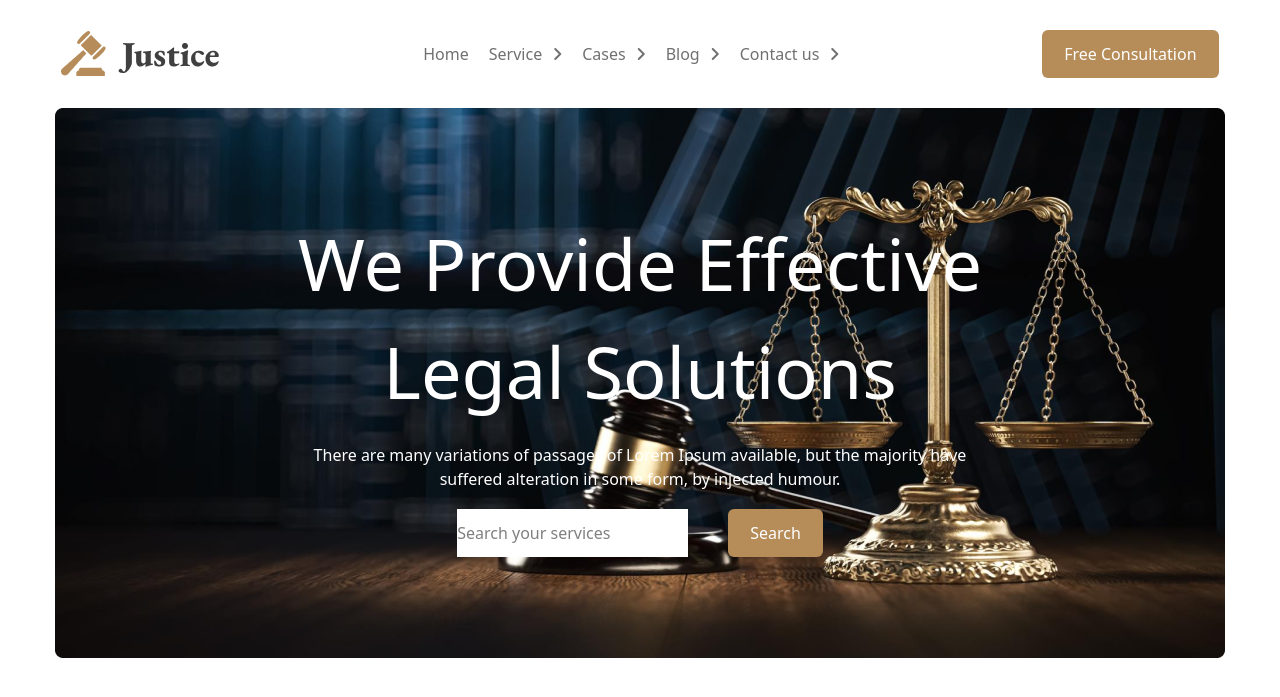
Repository: nahid-hasann/website-6
Page: index.html
The author's editor kept a copy of each file at every save. The page is drawn from the files as they stood at one save, then again after a run of saves.
The browser window is 1280 px wide. The pictures show the whole page.

Above is the page before, as saved 2025-07-20 22:50:29.

After the next 7 saves:
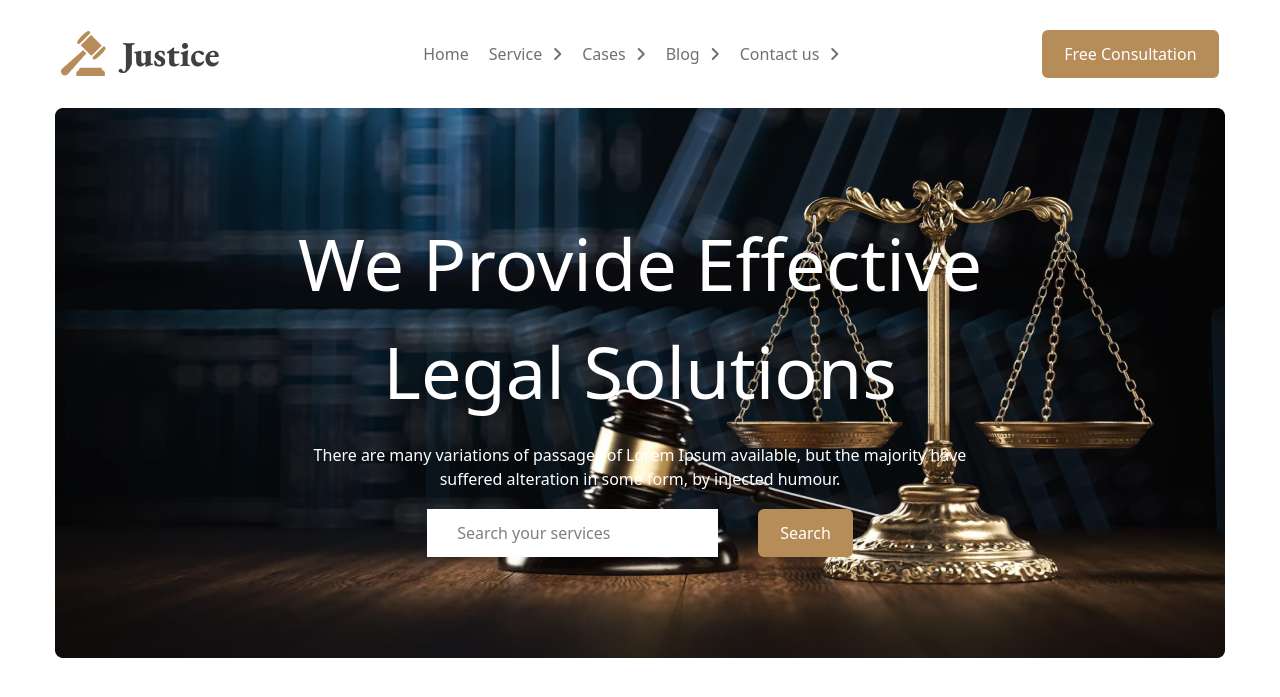
The 7 saves are shown as one change because they came seconds apart.
The last was saved 56 s later.
--- a/index.html
+++ b/index.html
@@ -35,7 +35,7 @@
          <h1 class="text-[72px] text-center text-white">We Provide Effective <br> Legal Solutions</h1>
        <p class="my-[18px] text-center text-white">There are many variations of passages of Lorem Ipsum available, but the majority have suffered alteration in some form, by injected humour.</p>
        <div class="flex justify-center gap-[40px]">
-        <input class="bg-white" type="text" name="" placeholder="Search your services" id="">
+        <input class="bg-white py-[12px] px-[30px]" type="text" name="" placeholder="Search your services" id="">
         <button class="bg-[#b68c59] py-[12px] px-[22px] text-white rounded-md" >Search</button>
        </div>
       </div>
